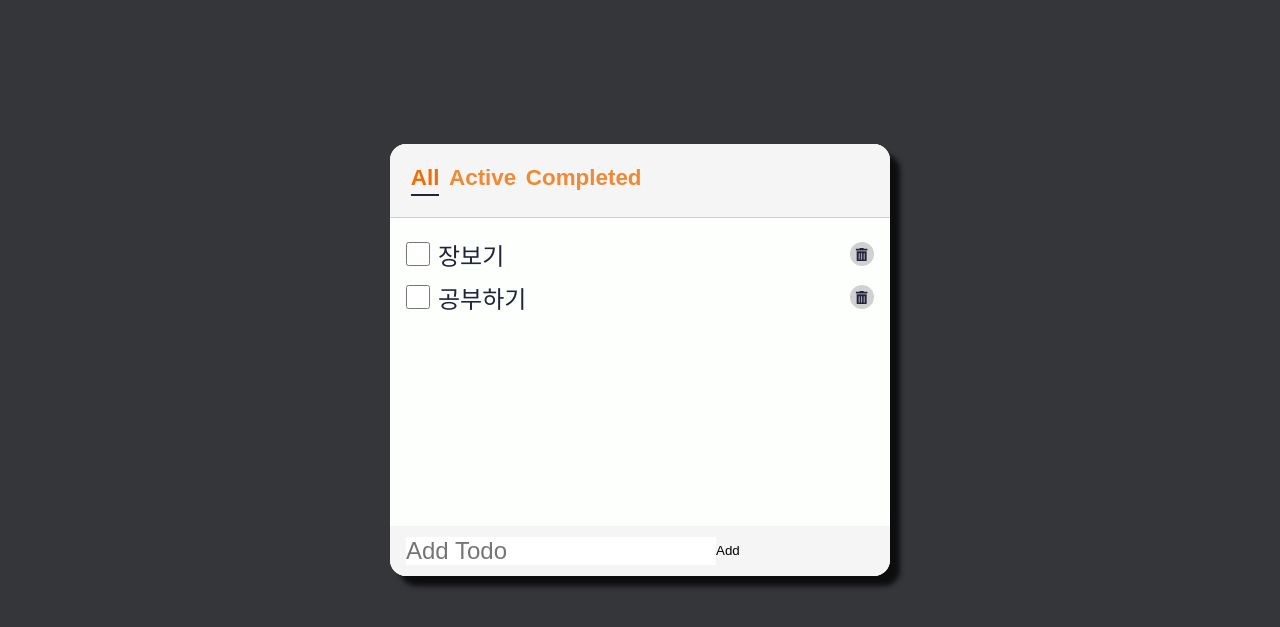
Repository: MrJinkyu/TodoList
Page: /
The author's editor kept a copy of each file at every save. The page is drawn from the files as they stood at one save, then again after a run of saves.
The browser window is 1280 px wide. The pictures show the whole page.
The project was rebuilt for these pictures with package versions that can differ from the ones it lists, and the page was loaded fresh each time.

Above is the page before, as saved 2023-05-01 14:57:14.

After the next 2 saves:
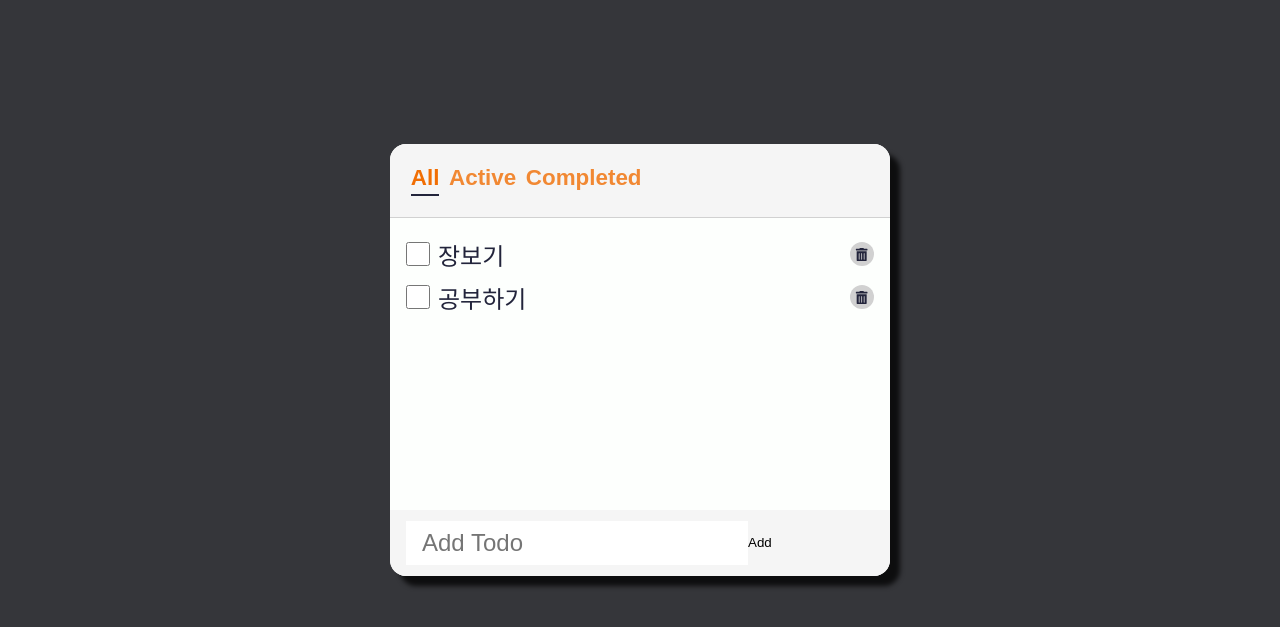
The 2 saves are shown as one change because they came seconds apart.
The last was saved 16 s later.
--- a/src/components/AddTodo.module.css
+++ b/src/components/AddTodo.module.css
@@ -9,6 +9,7 @@
     font-size: 1.5rem;
     border: none;
     outline: none;
+    padding: 0.5rem 1rem;
 }
 
 .button{
